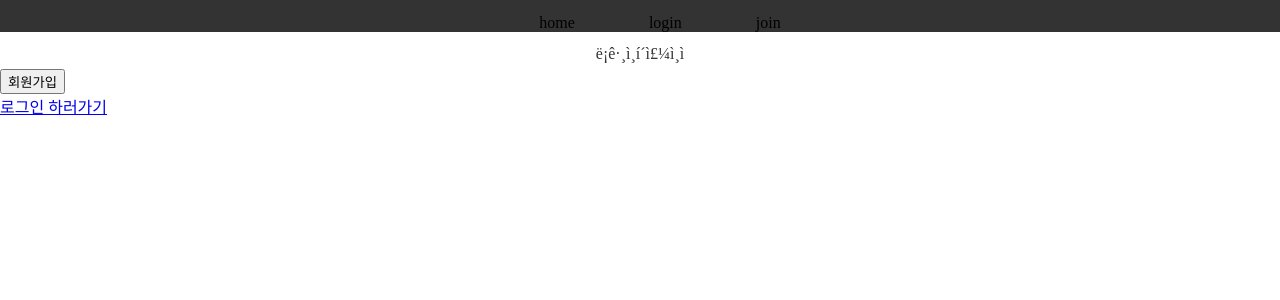
Repository: Kimth520/JSP-study
Page: http://localhost/day05_mvcTest/
These files come from the project's save history. The page is drawn as it stood at one moment and after the next save; the edit follows.
The browser window is 1280 px wide. The pictures show the whole page.
The page is served by Tomcat 9.

Above is the page before, as saved 2025-01-17 08:45:27.

After the next save:
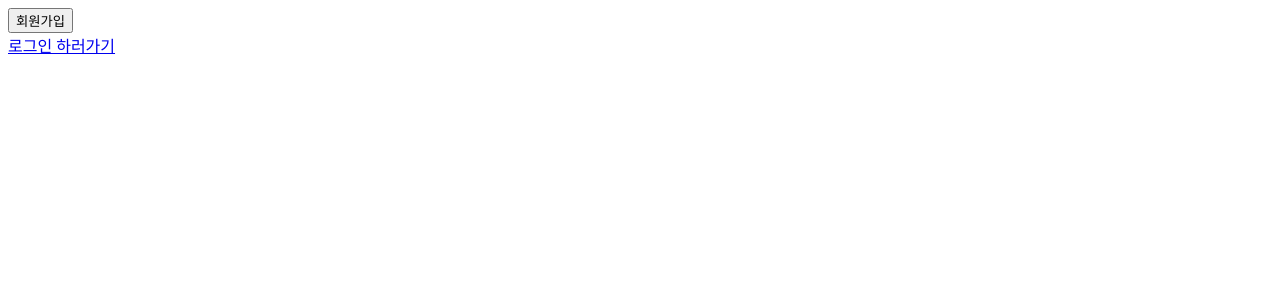
Saved 7 min 37 s later.
--- a/workspace/day05_mvcTest/src/main/webapp/index.jsp
+++ b/workspace/day05_mvcTest/src/main/webapp/index.jsp
@@ -1,19 +1,27 @@
 <%@ page language="java" contentType="text/html; charset=UTF-8"
-    pageEncoding="UTF-8"%>
-<%@ taglib prefix="c" uri="http://java.sun.com/jsp/jstl/core"%>
+    pageEncoding="UTF-8" %>
+<%@ taglib prefix="c" uri="http://java.sun.com/jsp/jstl/core" %>
 <!DOCTYPE html>
 <html>
 <head>
 <meta charset="UTF-8">
 <title>Insert title here</title>
-<link rel="stylesheet" href="${pageContext.request.contextPath}/assets/css/layout.css">
+<%-- <link rel="stylesheet" href="${pageContext.request.contextPath}/assets/css/layout.css"> --%>
 </head>
 <body>
-	<%@ include file="./header.jsp" %>
-<!--${pageContext.request.contextPath} jstl에서 제공하는 url경로 찾기-->
-	<form action="${pageContext.request.contextPath}/member/join.me" method="get">
-		<button>회원가입</button>
-	</form>
-	<a href="http://localhost:8080/day05_mvcTest/app/member/login.jsp">로그인 하러가기</a>
+   <c:choose>
+      <c:when test= "${not empty sessionScope.memberDTO}">
+         <h1>${sessionScope.memberDTO.memberName}님 환영합니다!</h1>
+         <form action="" method="">
+            <button>logout</button>
+         </form>
+      </c:when>
+      <c:otherwise>
+         <form action="${pageContext.request.contextPath}/member/join.me" method="get">
+            <button>회원가입</button>
+         </form>
+         <a href="http://localhost:8888/day05_mvcTest/member/login.me">로그인 하러가기</a>
+      </c:otherwise>
+   </c:choose>
 </body>
 </html>
